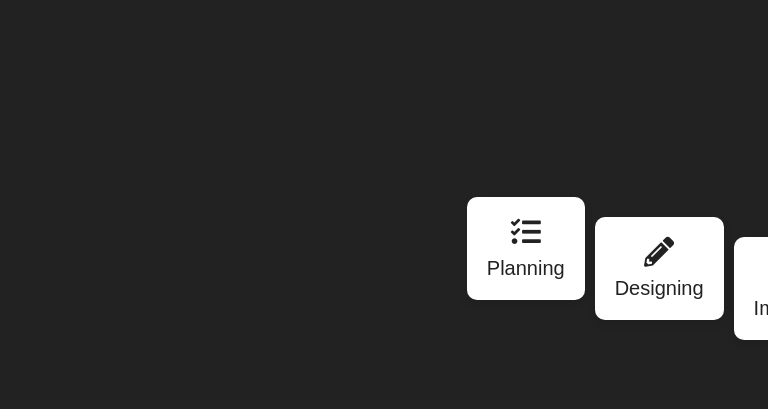
Repository: itsquadian/IT-SQUADIAN
Page: try.html
The author's editor kept a copy of each file at every save. The page is drawn from the files as they stood at one save, then again after the next save.
The browser window is 768 px wide. The pictures show the whole page.

Above is the page before, as saved 2024-04-13 20:24:40.

After the next save:
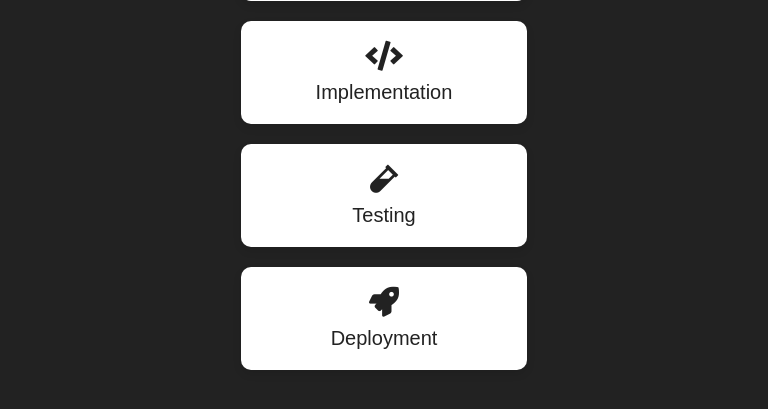
Saved 101 s later.
--- a/try.html
+++ b/try.html
@@ -54,6 +54,8 @@
         background-color: #fff; /* Set text color to white */
         color:#222;
         transition: all 0.5s ease; /* Add smooth transition */
+        width: 18%; /* Adjust width */
+        margin: 0 1%; /* Adjust spacing */
     }
 
     .step i {
@@ -61,11 +63,16 @@
         margin-bottom: 10px;
     }
 
-    .step:nth-child(1) { left: 390px; bottom: 80px; }
-    .step:nth-child(2) { left: 400px; bottom: 60px; }
-    .step:nth-child(3) { left: 410px; bottom: 40px; }
-    .step:nth-child(4) { left: 420px; bottom: 20px; }
-    .step:nth-child(5) { left: 430px; bottom: 0; }
+    @media screen and (max-width: 768px) {
+        .steps {
+            flex-wrap: wrap;
+            justify-content: center;
+        }
+        .step {
+            width: 40%; /* Adjust width */
+            margin: 10px 2%; /* Adjust spacing */
+        }
+    }
 </style>
 </head>
 <body>
